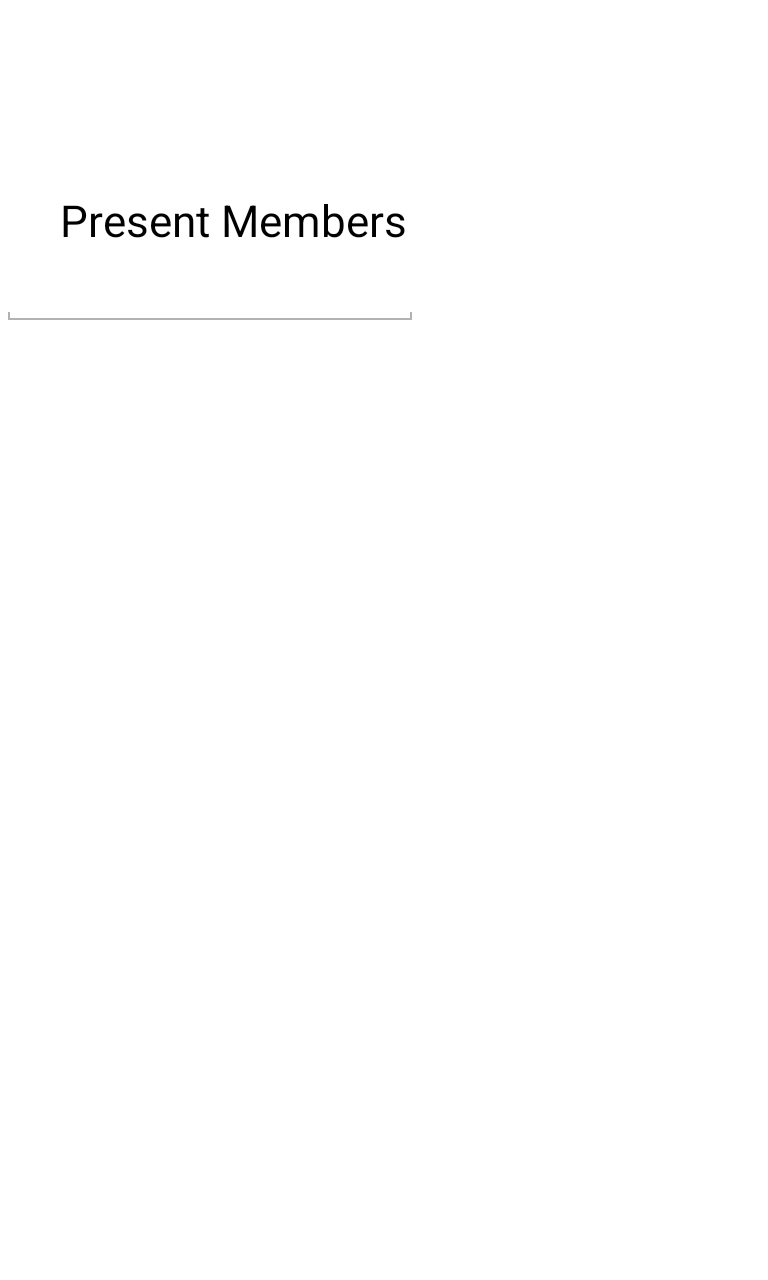
Repository: MarcoRieger/sw14_free_04_new
Layout: RWDMember/res/layout/fragment_statistic.xml
An editor plug-in stored every save of this project. The layout is shown before and after the next save, followed by the edit.
It is drawn on a 768 x 1280 px phone screen (xhdpi) without system bars, with theme AppTheme; the app's code is not run.

Above is the layout before, as saved 2014-06-17 13:05:09.

After the next save:
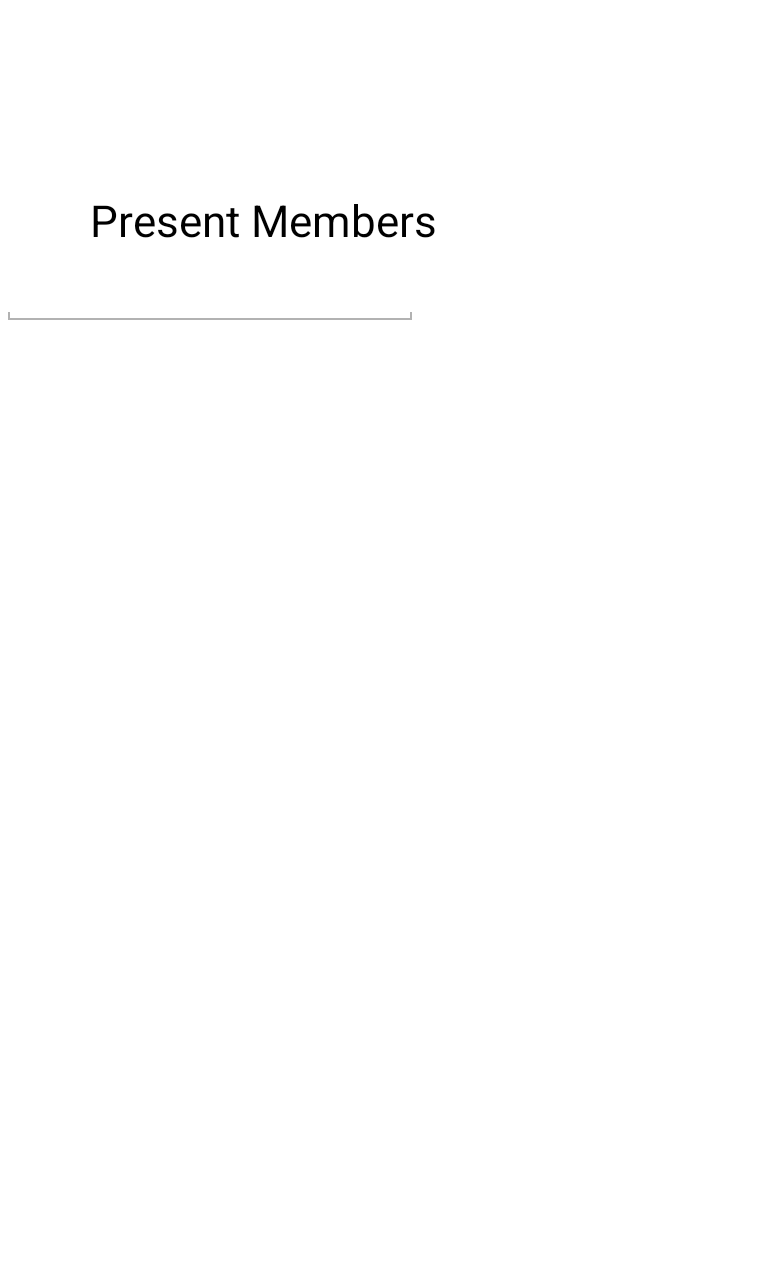
Saved 7 s later.
--- a/RWDMember/res/layout/fragment_statistic.xml
+++ b/RWDMember/res/layout/fragment_statistic.xml
@@ -9,7 +9,7 @@
         android:layout_width="wrap_content"
         android:layout_height="wrap_content"
         android:layout_marginTop="95dp"
-        android:layout_marginLeft="30"
+        android:layout_marginLeft="45"
         android:text="Present Members"
         android:textAppearance="?android:attr/textAppearanceLarge" />
 
